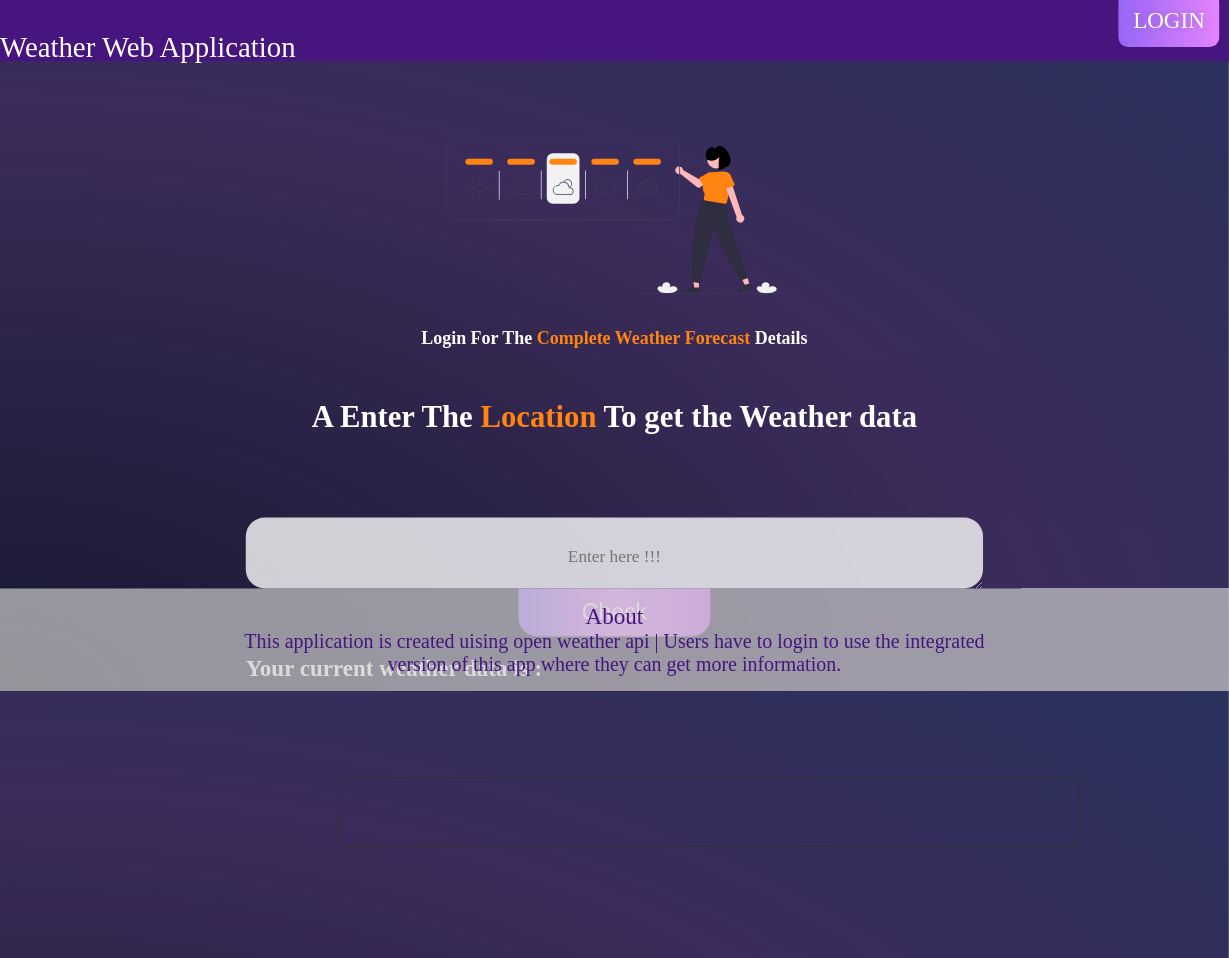
Repository: Irfan-vit/openapi
Page: index.html
An editor plug-in stored every save of this project. The page is shown before and after the next save, followed by the edit.
The browser window is 1280 px wide. The pictures show the whole page, at 96% of full size.
Backgrounds fixed to the window are drawn as part of the page.

Above is the page before, as saved 2021-05-29 03:15:59.

After the next save:
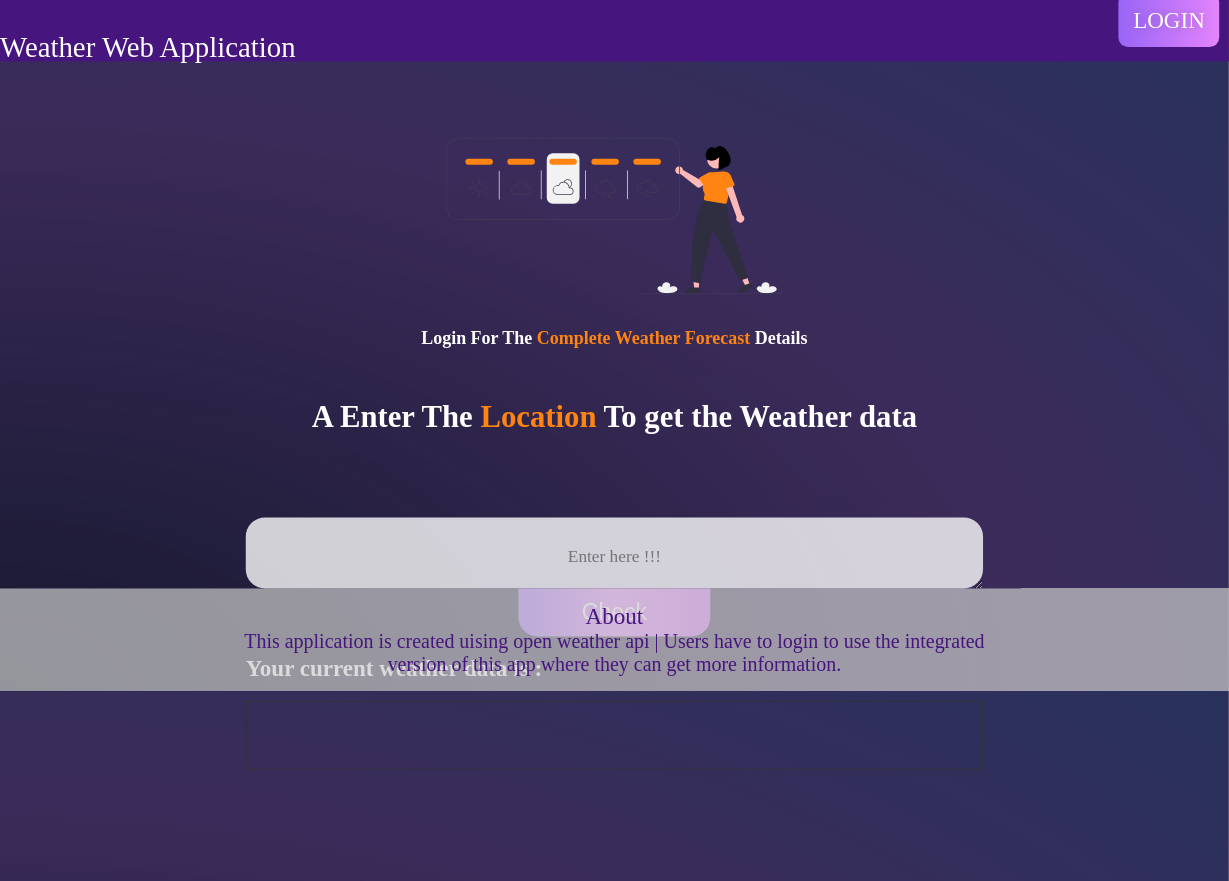
Saved 16 s later.
--- a/style.css
+++ b/style.css
@@ -89,7 +89,7 @@ button {
     min-height: 10vh;
     max-height: 20vh;
     border: 1px solid var(--black);
-    margin: 100px;
+    margin-bottom: 100px;
     /* padding:5rem; */
     /* background-color: #ffffff54; */
 }
